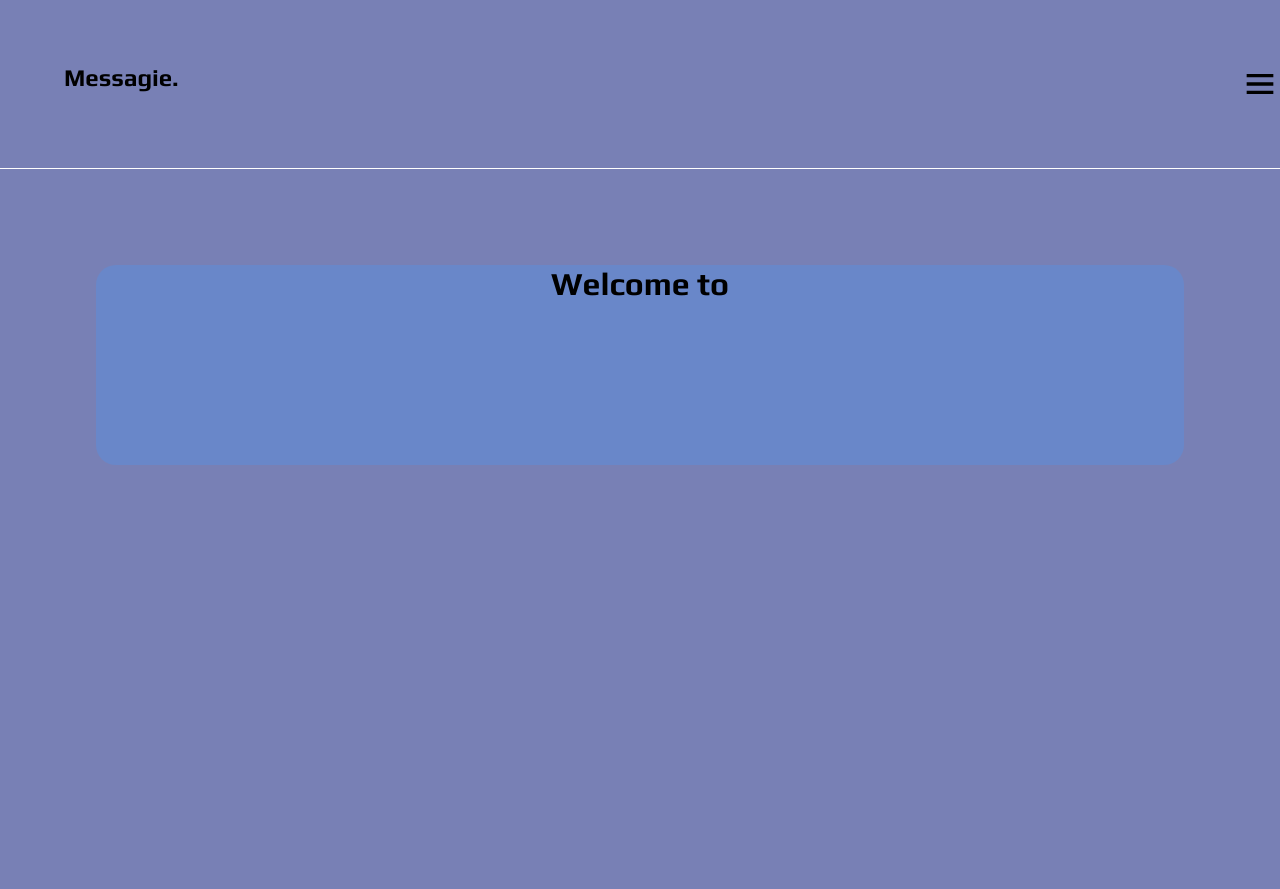
Repository: shaelorch/typeytalkey
Page: /
These files come from the project's save history. The page is drawn as it stood at one moment and after the next save; the edit follows.
The browser window is 1280 px wide. The pictures show the whole page.
The project was rebuilt for these pictures with package versions that can differ from the ones it lists, and the page was loaded fresh each time. The framework's server and built-in components were replaced by stand-ins that run in the browser. Also part of the build but not shown: next.config.js.

Above is the page before, as saved 2023-02-24 14:40:34.

After the next save:
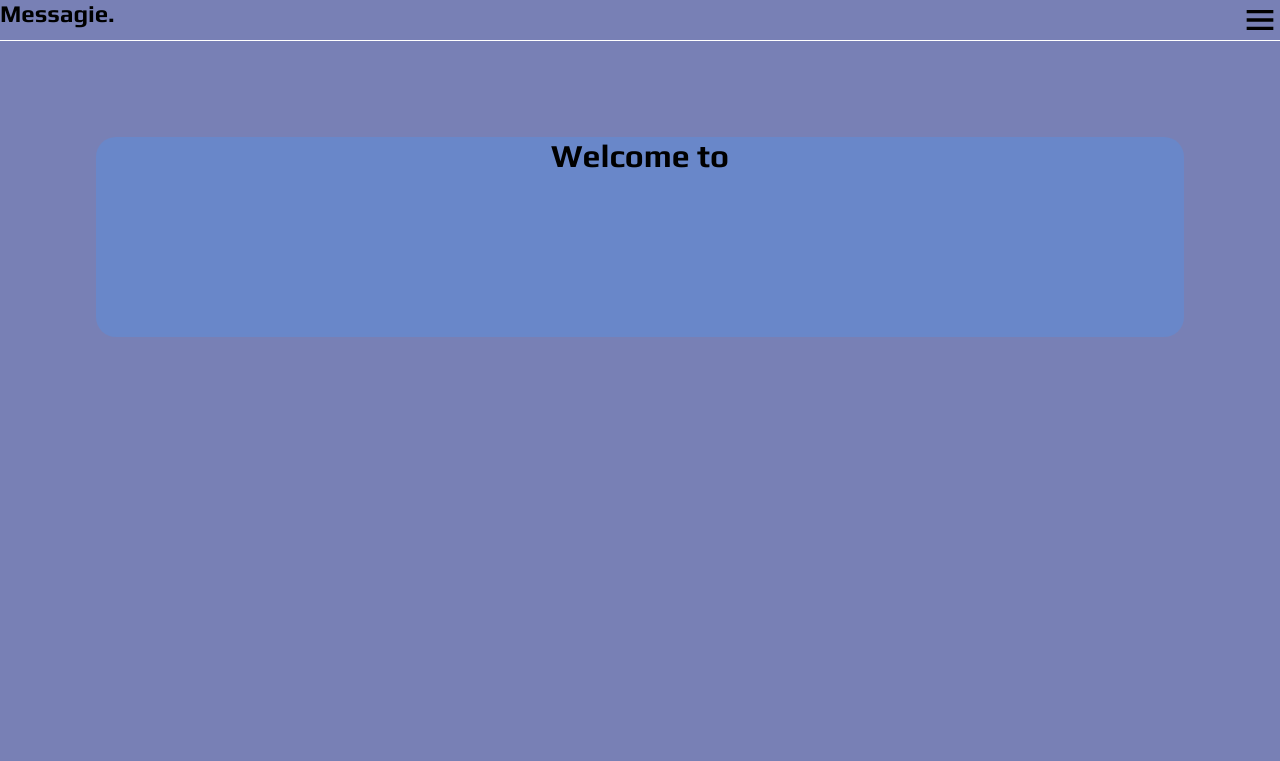
Saved 13 s later.
--- a/src/styles/Home.module.css
+++ b/src/styles/Home.module.css
@@ -13,9 +13,7 @@
   display: flex;
   background-color: #7880B5;
   font-family: play, sans-serif;
-  padding-top:5%;
-  padding-left:5%;
-  padding-bottom: 5%;
+
   border-bottom: 0.5px solid #ffffff;
   flex-direction: row;
   justify-content: space-between;
